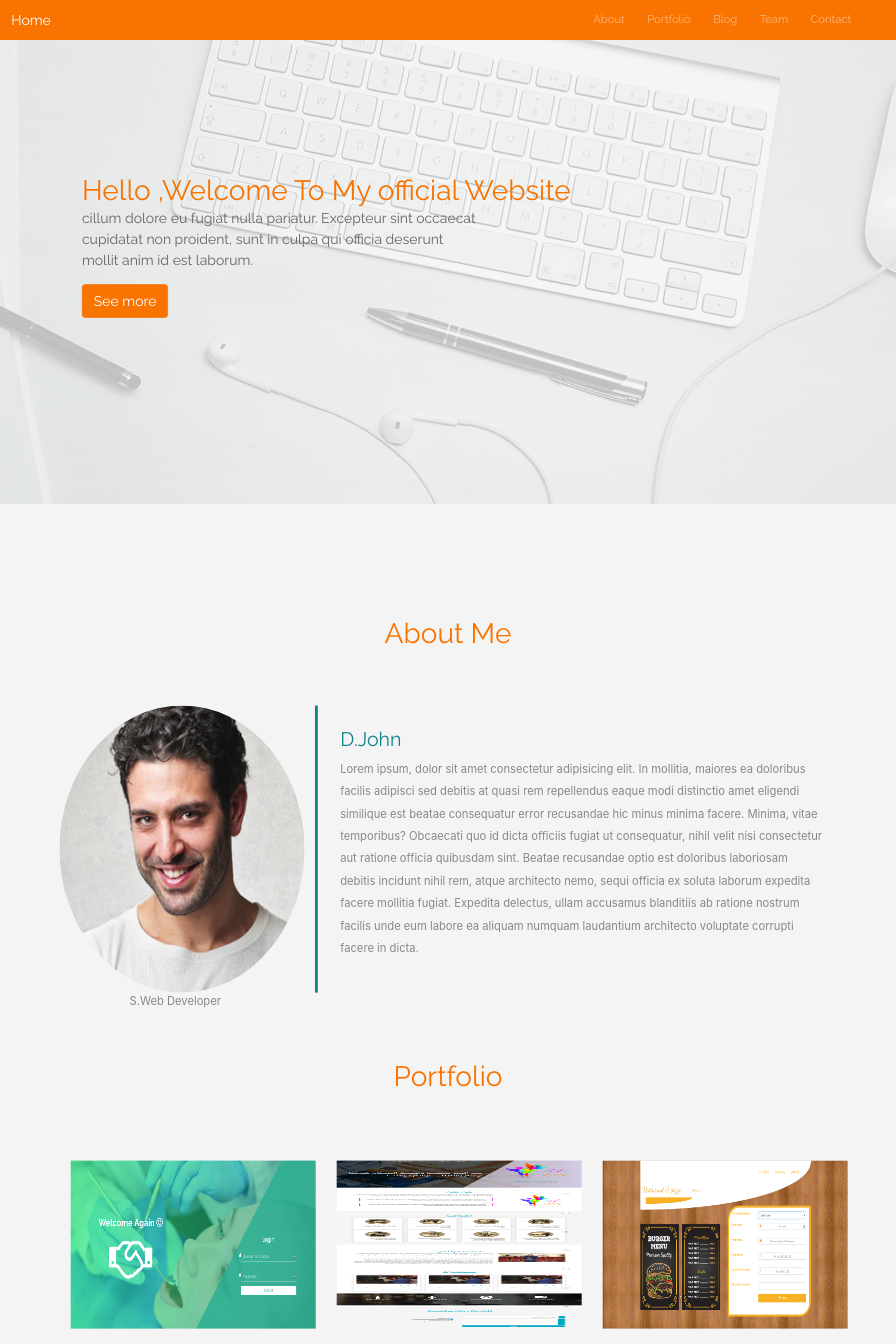
Repository: adrian9211/Bootstrap_website_Ruth
Page: index.html
An editor plug-in stored every save of this project. The page is shown before and after a run of saves, followed by the edit.
The browser window is 1280 px wide. The pictures show the part of the page from y = 0 to 1920 px (the page is 4159 px tall), at 70% of full size.
Some web libraries are served in a nearby version.

Above is the page before, as saved 2020-11-25 13:28:34.

### index.html
<!DOCTYPE html>
<html lang="en">
<head>
    <meta charset="UTF-8">
    <meta name="viewport" content="width=device-width, initial-scale=1.0">
    <title>Bootstrap 4 page</title>

    <link rel="stylesheet" href="css/bootstrap.min.css">
    <link rel="stylesheet" href="css/main.css">
</head>
<body>
    <!-- Navbar start -->
    <nav class="navbar navbar-expand-lg navbar-dark fixed-top">
        <a class="navbar-brand" href="#">Home</a>
        <button class="navbar-toggler" type="button" data-toggle="collapse" data-target="#navbarSupportedContent" aria-controls="navbarSupportedContent" aria-expanded="false" aria-label="Toggle navigation">
          <span class="navbar-toggler-icon"></span>
        </button>

        <div class="collapse navbar-collapse" id="navbarSupportedContent">
            <ul class="navbar-nav mr-4">
              <li class="nav-item">
                <a class="nav-link"  data-value="about" href="#">About</a>
              </li>
              <li class="nav-item">
                <a class="nav-link" data-value="portfolio" href="#">Portfolio</a>
              </li>
              <li class="nav-item">
                <a class="nav-link" data-value="blog" href="#">Blog</a>
              </li>
              <li class="nav-item">
                <a class="nav-link" data-value="team" href="#">Team</a>
              </li>
              <li class="nav-item">
                <a class="nav-link" data-value="contact" href="#">Contact</a>
              </li>
          </div>
    </nav>
    <!-- Navbar end -->
    <!-- Header section START -->
    <header class="header">
      <div class="overlay"></div>
       <div class="container">
           <div class="description ">
        <h1>
          Hello ,Welcome To My official Website
          <p>
          cillum dolore eu fugiat nulla pariatur. Excepteur sint occaecat cupidatat non
          proident, sunt in culpa qui officia deserunt mollit anim id est laborum.</p>
          <button class="btn btn-outline-secondary btn-lg">See more</button>
        </h1>
      </div>
       </div>

    </header>
    <!-- Header section END -->

    <!-- About section START -->

    <div class="about" id="about">
      <div class="container">
        <h1 class="text-center">About Me</h1>
          <div class="row">
            <div class="col-lg-4 col-md-4 col-sm-12">
              <img src="images/team-3.jpg"  class="img-fluid" alt="photo">
              <span class="text-justify">S.Web Developer</span>
            </div>
            <div class="col-lg-8 col-md-8 col-sm-12 desc">
              <h3>D.John</h3>
              <p>Lorem ipsum, dolor sit amet consectetur adipisicing elit. In mollitia, maiores ea doloribus facilis adipisci sed debitis at quasi rem repellendus eaque modi distinctio amet eligendi similique est beatae consequatur error recusandae hic minus minima facere. Minima, vitae temporibus? Obcaecati quo id dicta officiis fugiat ut consequatur, nihil velit nisi consectetur aut ratione officia quibusdam sint. Beatae recusandae optio est doloribus laboriosam debitis incidunt nihil rem, atque architecto nemo, sequi officia ex soluta laborum expedita facere mollitia fugiat. Expedita delectus, ullam accusamus blanditiis ab ratione nostrum facilis unde eum labore ea aliquam numquam laudantium architecto voluptate corrupti facere in dicta.</p>
            </div>
          </div>
      </div>
    </div>

    <!-- About section END -->

    <!-- Portfolio part START -->
    <div class="portfolio" id="portfolio">
      <h1 class="text-center">Portfolio</h1>
      <div class="container">
        <div class="row">
          <div class="col-lg-4 col-md-4 col-sm-12">
            <img src="images/portfolio/port13.png" alt="port3" class="img-fluid">
        </div>
          <div class="col-lg-4 col-md-4 col-sm-12">
            <img src="images/portfolio/port1.png" alt="port1" class="img-fluid">
        </div>
          <div class="col-lg-4 col-md-4 col-sm-12">
            <img src="images/portfolio/port6.png" alt="port6" class="img-fluid">
        </div>
          <div class="col-lg-4 col-md-4 col-sm-12">
            <img src="images/portfolio/port3.png" alt="port3" class="img-fluid">
        </div>
          <div class="col-lg-4 col-md-4 col-sm-12">
            <img src="images/portfolio/port11.png" alt="port11" class="img-fluid">
        </div>
          <div class="col-lg-4 col-md-4 col-sm-12">
            <img src="images/portfolio/electric.png" alt="electric" class="img-fluid">
        </div>
          <div class="col-lg-4 col-md-4 col-sm-12">
            <img src="images/portfolio/Classic.jpg" alt="classic" class="img-fluid">
        </div>
          <div class="col-lg-4 col-md-4 col-sm-12">
            <img src="images/portfolio/port1.png" alt="port1" class="img-fluid">
        </div>
          <div class="col-lg-4 col-md-4 col-sm-12">
            <img src="images/portfolio/port8.png" alt="port8" class="img-fluid">
        </div>
      </div>
    </div>
    </div>

    <!-- Portfolio part END -->

    <!-- Posts section START -->
    <div class="blog" id="blog">
      <div class="container">
        <h1 class="text-center">Blog</h1>
        <div class="row">
          <div class="col-lg-4 col-md-4 col-sm-12" >
            <div class="card">
              <div class="card-img">
                <img src="images/posts/polit.jpg" alt="polit" class="img-fluid">
              </div>
              <div class="card-body">
                <h4 class="card-title">Post Title</h4>
                <p class="card-text">
                  Lorem ipsum dolor sit amet consectetur adipisicing elit. Fuga, at, mollitia et labore est quo ratione suscipit iste consequatur quos quidem nulla asperiores eveniet repellat odit. Reprehenderit enim vitae ratione ab veniam, temporibus sapiente quasi tenetur voluptatem repellat ea ipsam rerum consectetur unde quia exercitationem tempore debitis laborum qui dolores!
                </p>
              </div>
              <div class="card-footer">
                <a href="" class="card-link"> Read more</a>
              </div>
            </div>
          </div>
          <div class="col-lg-4 col-md-4 col-sm-12">
            <div class="card">
              <div class="card-img">
                <img src="images/posts/images.jpg" alt="images" class="img-fluid">
              </div>
              <div class="card-body">
                <h4 class="card-title">Post Title</h4>
                <p class="card-text">
                  Lorem ipsum dolor sit amet consectetur adipisicing elit. Ex earum ad, labore aperiam magnam maiores quaerat, sapiente a aut mollitia veritatis molestiae reprehenderit pariatur eum cum minima? Nulla, quia. Libero laborum ullam unde beatae error vero iure soluta, itaque sint debitis sequi! Provident, quam facilis vero animi eaque illum dignissimos.
                </p>
              </div>
              <div class="card-footer">
                <a href="" class="card-link">Read more</a>
              </div>
            </div>
          </div>
          <div class="col-lg-4 col-md-4 col-sm-12">
            <div class="card">
              <div class="card-img">
                <img src="images/posts/imag2.jpg" alt="images" class="img-fluid">
              </div>
              <div class="card-body">
                <h4 class="card-title">Post Title</h4>
                <p class="card-text">
                  Lorem ipsum dolor sit amet consectetur adipisicing elit. Ex earum ad, labore aperiam magnam maiores quaerat, sapiente a aut mollitia veritatis molestiae reprehenderit pariatur eum cum minima? Nulla, quia. Libero laborum ullam unde beatae error vero iure soluta, itaque sint debitis sequi! Provident, quam facilis vero animi eaque illum dignissimos.
                </p>
              </div>
              <div class="card-footer">
                <a href="" class="card-link">Read more</a>
              </div>
            </div>
          </div>
        </div>
      </div>
    </div>
    <!-- Posts section END -->

    <!-- Team Section START -->
    <div class="team" id="team">
      <div class="container">
      <h1 class="text-center">Our Team</h1>
        <div class="row">
          <div class="col-lg-3 col-md-3 col-sm-12 item">
            <img src="images/team-2.jpg" alt="team-2" class="img-fluid">
            <div class="des">
              Sara
            </div>
            <span class="text-muted">Manager</span>
          </div>
          <div class="col-lg-3 col-md-3 col-sm-12 item">
            <img src="images/team-3.jpg" alt="team-2" class="img-fluid">
            <div class="des">
              Chris
            </div>
            <span class="text-muted">S.enginnern</span>
          </div>
          <div class="col-lg-3 col-md-3 col-sm-12 item">
            <img src="images/team-2.jpg" alt="team-2" class="img-fluid">
            <div class="des">
              Layla
            </div>
            <span class="text-muted">Front End Developer</span>
          </div>
          <div class="col-lg-3 col-md-3 col-sm-12 item">
            <img src="images/team-3.jpg" alt="team-2" class="img-fluid">
            <div class="des">
              J.Jirard
            </div>
            <span class="text-muted">Team Manager</span>
          </div>
        </div>
      </div>
    </div>
    <!-- Team Section END -->

    <!-- Contact section START -->

    <div class="contact-form" id="contact">
      <div class="container">
        <form>
          <div class="row">
            <div class="col-lg-4 col-md-4 col-sm-12" >
              <h1>Get in Touch</h1>
            </div>
            <div class="col-lg-4 col-md-4 col-sm-12 right">
              <div class="form-group">
                <input type="text" class="form-control form-control-lg" placeholder="Your Name" name="name">
              </div>
              <div class="form-group">
                <input type="text" class="form-control form-control-lg" placeholder="YourEmail@email.com" name="email">
              </div>
              <div class="form-group">
                <textarea class="form-control form-control-lg">

                </textarea>
              </div>
              <input type="submit" class="btn btn-secondary btn-block" value="Send" name="">
            </div>
          </div>
        </form>
      </div>
    </div>

    <!-- Contact section END-->

    <!-- JS files section -->
    <script src="https://cdnjs.cloudflare.com/ajax/libs/popper.js/1.12.9/umd/popper.min.js" integrity="sha384-ApNbgh9B+Y1QKtv3Rn7W3mgPxhU9K/ScQsAP7hUibX39j7fakFPskvXusvfa0b4Q" crossorigin="anonymous"></script>
    <script type="text/javascript" src="js/jquery.min.js"></script>
    <script type="text/javascript" src="js/bootstrap.min.js"></script>
    <script type="text/javascript" src="js/main.js"></script>
</body>
</html>

### css/main.css
@import url('https://fonts.googleapis.com/css?family=Raleway');

body{
	padding: 0;
	margin: 0;
	background:#f4f4f4;
}
html,h1,h2,h3,h4,h5,h6,a{
	font-family: "Raleway";
}
.navbar{
	background:#F97300;
}
.nav-link , .navbar-brand{
	color: #fff;
	cursor: pointer;
}
.nav-link{
	margin-right: 1em !important;
	b
}
.nav-link:hover{
	background: #ffffff;
	color: #f97300;
}
.navbar-collapse{
 justify-content: flex-end;
}

.navbar-toggler{
  background:#fff !important;
}

/*header style*/
.header{
	/* height: 40vh; */
	position: relative;
	background-image: url('../images/headerback.jpg');
	background-size: cover;
	background-position: center;
}
.overlay{
	position: absolute;
	min-height: 100%;
	min-width: 100%;
	left: 0;
	top: 0;
	background: rgba(244, 244, 244, 0.79);
}
.description{
    position: absolute;
    top: 30%;
    margin: auto;
    padding: 2em;

}
.description h1{
	color:#F97300 ;
}
.description p{
	color:#666;
	font-size: 20px;
	width: 50%;
	line-height: 1.5;
}
.description button{
	border:1px  solid #F97300;
	background:#F97300;
	color:#fff;
}
.about{
	margin: 4em 0;
	padding: 1em;
	position: relative;
}
.about h1{
	color:#F97300;
	margin: 2em;
}
.about img{
	height: 100%;
    width: 100%;
    border-radius: 50%
}
.about span{
	display: block;
	color: #888;
	position: absolute;
	left: 115px;
}
.about .desc{
	padding: 2em;
	border-left:4px solid #10828C;
}
.about .desc h3{
	color: #10828C;
}
.about .desc p{
	line-height:2;
	color:#888;
}


/*Portfolio*/
.portfolio{
	margin: 4em 0;
    position: relative;
}
.portfolio h1{
	color:#F97300;
	margin: 2em;
}
.portfolio img{
	 height: 15rem;
	 width: 100%;
	 margin: 1em;
}

/*blog style*/
.blog{
	margin: 4em 0;
	position: relative;
}
.blog h1{
	color:#F97300;
	margin: 2em;
}
.blog .card{
	box-shadow: 0 0 20px #ccc;
}
.blog .card img{
	width: 100%;
	height: 12em;
}
@media and (max-width: 768px){
 .team .item img{
 	width: 100%;
 }
}
.blog .card-title{
	color:#F97300;
}

.blog .card-body{
	padding: 1em;
}
.team{
	margin: 4em 0;
	position: relative;

}
.team h1{
	color:#F97300;
	margin: 2em;
}
.team .item{
	position: relative;
	overflow: hidden;
}
.team .des{
	background: #F97300;
	color: #fff;
	text-align: center;
	border-top-right-radius: 93%;
	transition:.3s ease-in-out;
	position: absolute;
	width: 88%;
	bottom: 24px;


}
.team .item:hover .des{
	height: 100%;
	background:#f973007d;
    position: absolute;
	width: 89%;
	padding: 5em;
	top: 0;
	border-top-right-radius: 0;
}
.contact-form{
	margin: 6em 0;
	position: relative;
}

.contact-form h1{
	padding:2em 1px;
	color: #F97300;
}
.contact-form .right{
	max-width: 600px;
}
.contact-form .right .btn-secondary{
	background:  #F97300;
	color: #fff;
	border:0;
}
.contact-form .right .form-control::placeholder{
	color: #888;
	font-size: 16px;
}

Loaded but not shown: css/bootstrap.min.css (library); js/jquery.min.js (library); js/bootstrap.min.js (library); js/main.js (common file)

After the next 3 saves:
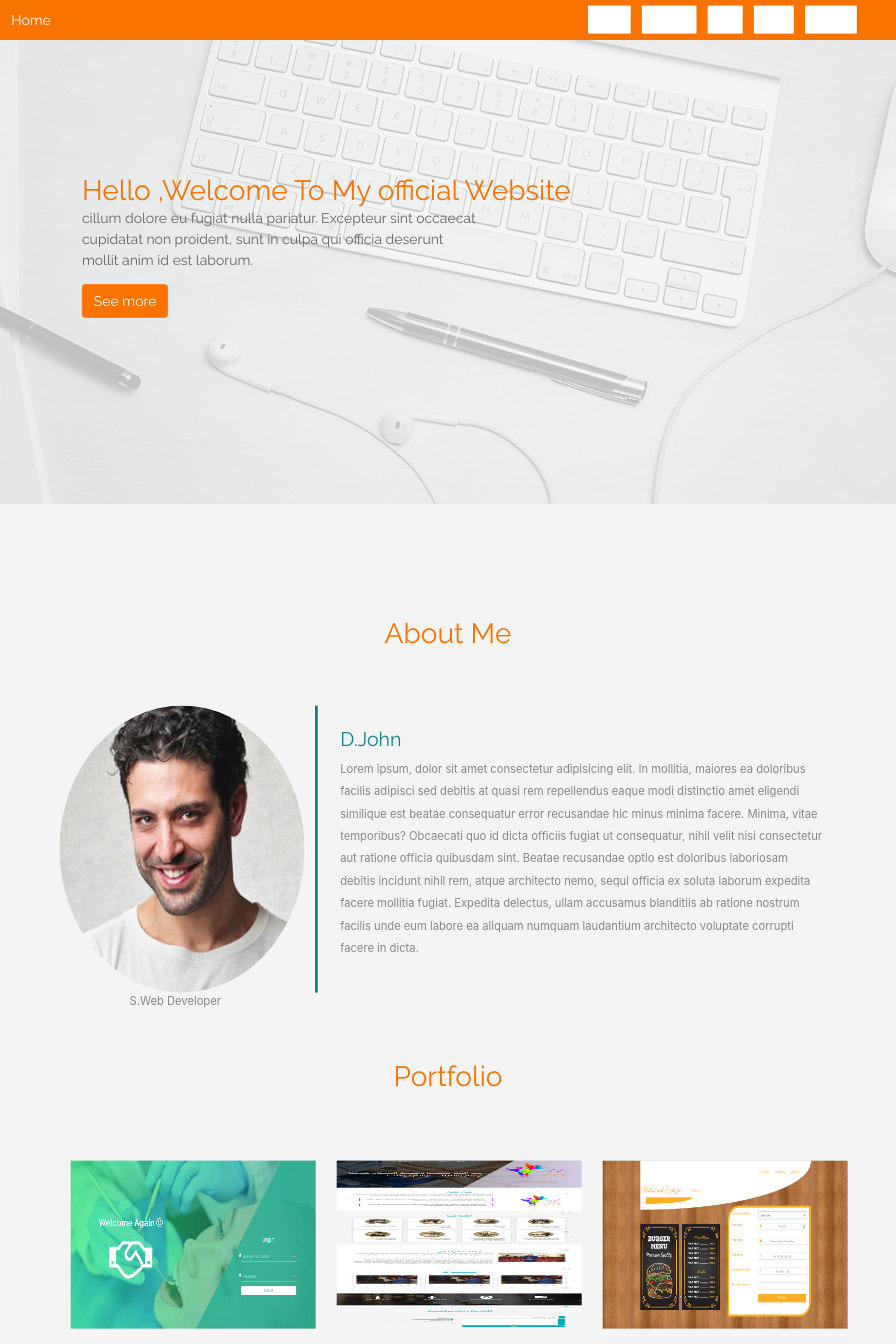
The 3 saves are shown as one change because they came seconds apart.
The last was saved 9 s later.
--- a/css/main.css
+++ b/css/main.css
@@ -17,7 +17,7 @@
 }
 .nav-link{
 	margin-right: 1em !important;
-	b
+	background-color: #fff;
 }
 .nav-link:hover{
 	background: #ffffff;

After the 2 saves that followed:
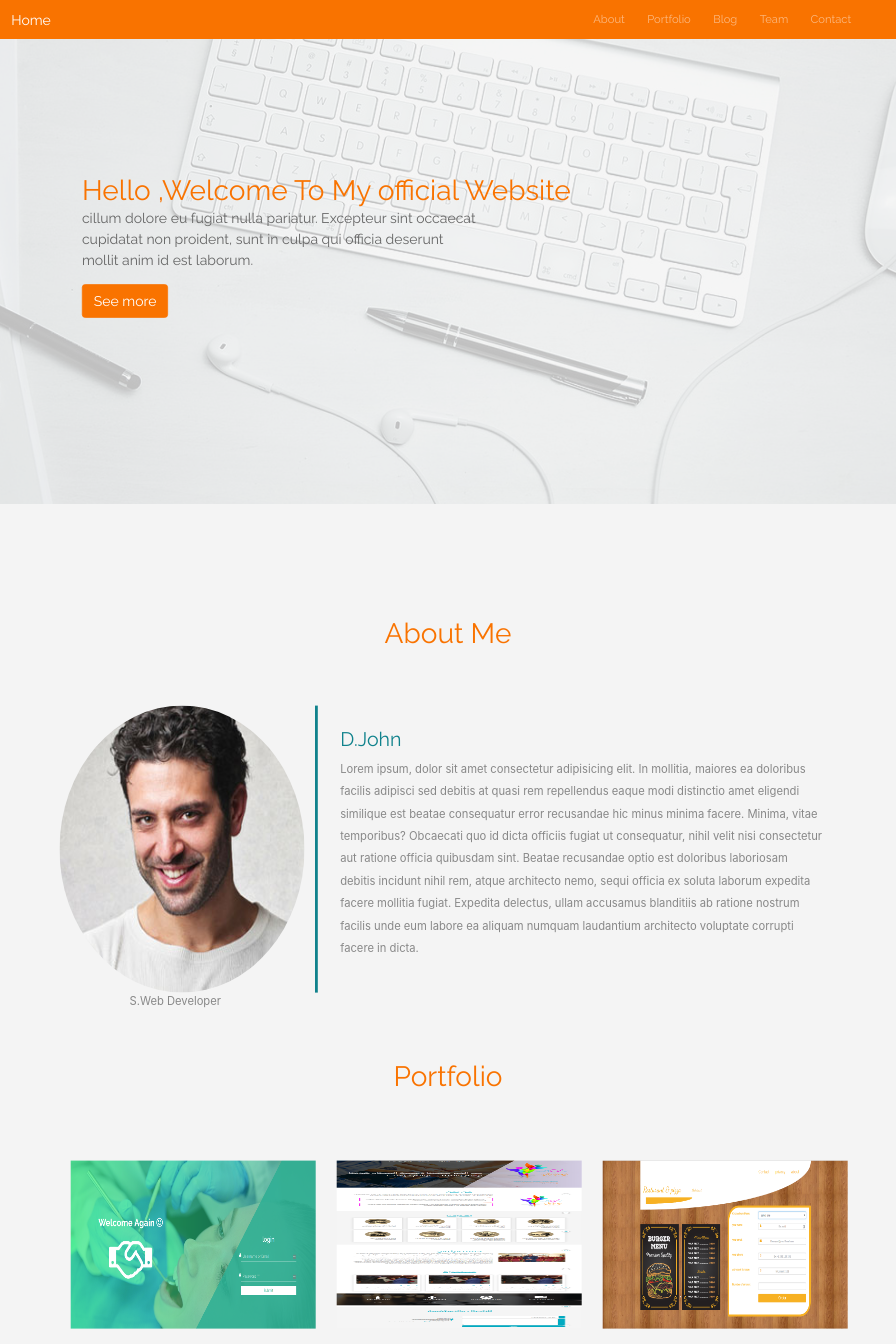
The 2 saves are shown as one change because they came seconds apart.
The last was saved 10 s later.
--- a/css/main.css
+++ b/css/main.css
@@ -17,7 +17,7 @@
 }
 .nav-link{
 	margin-right: 1em !important;
-	background-color: #fff;
+	color: #666;
 }
 .nav-link:hover{
 	background: #ffffff;
